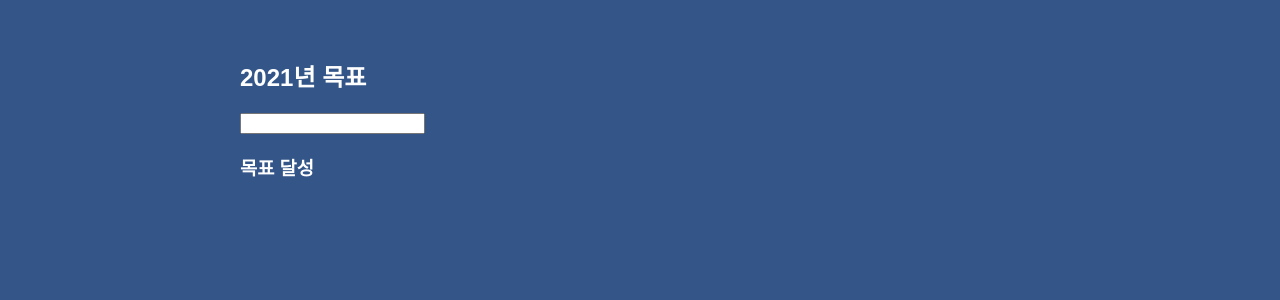
Repository: minsuk1/portfolio
Page: a.html
These files come from the project's save history. The page is drawn as it stood at one moment and after the next save; the edit follows.
The browser window is 1280 px wide. The pictures show the whole page.
Some web libraries are served in a nearby version.

Above is the page before, as saved 2021-01-02 13:57:39.

### a.html
<html>
    <head>
        <style>
            body { background: #358; color: #fff; padding: 50px; font-family: sans-serif; }
            a { color: #fff; font-size: 40px; }

            section {
                width: 800px;
                margin: 0px auto;
            }

            .task {
                width: 400px;
            }

            .strikeout {
                text-decoration: line-through;
            }
        </style>
        <script type="text/javascript" src="http://code.jquery.com/jquery-1.11.1.min.js"></script>
    </head>
    <body>

        <section>
            <h1>2021년 목표</h1>

            <form>
                <input type="text" id="task" />
            </form>

            <div id="tasks">
            </div>

            <div id="done">
                <h3>목표 달성</h3>

            </div>
        </section>

        <script>


            $('form').on('submit', function(e) {

                e.preventDefault();

                var newtask = $('#task').val();
                $(this).val("");
                var task_elem = $('<div>')
                    .append('<input type="checkbox">')
                    .addClass('task')
                    .append("<span><i class='fas fa-trash'></i></span>")
                    .append(newtask);
                $('#tasks').append(task_elem);


                $.ajax({
                    url: '/',
                    method: 'post',
                    dataType: 'json',
                    data: {
                        task: newtask,
                    },
                    success: function(response) {

                    },
                });

            });

            $('body').on('click', 'input[type="checkbox"]', function() {
                var task = $(this).parents('.task');

                if(task.hasClass('strikeout')) {
                    task.removeClass('strikeout');
                    task.appendTo($('#tasks'));
                } else {
                    //task.append("<button>삭제</button>")
                    task.addClass('strikeout')
                   // task.append("<button><i class='fas fa-trash'></i></button>")

                    task.appendTo($('#done'));

                }
            });

            $('div').on("click", "span", function(event) {
            event.stopPropagation();
            $(this).parent().fadeOut(500, function(){
            $(this).remove();
            });
            });

        </script>
        <script src="https://kit.fontawesome.com/0f77f25011.js"></script>
    </body>
</html>

After the next save:
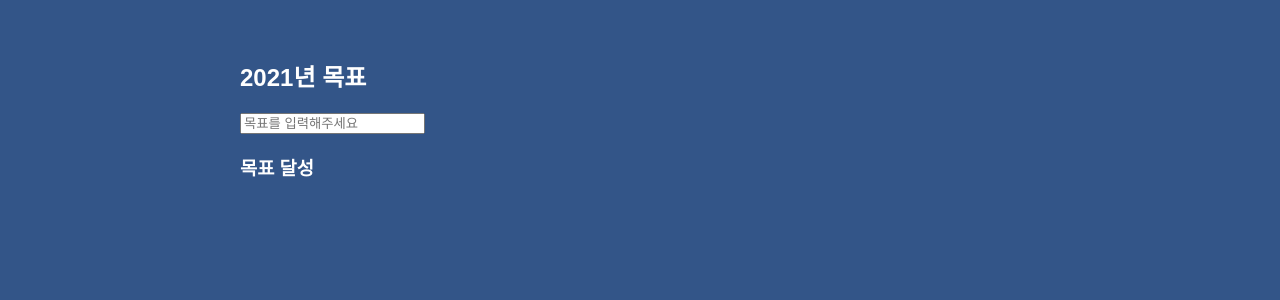
Saved 61 s later.
--- a/a.html
+++ b/a.html
@@ -25,7 +25,7 @@
             <h1>2021년 목표</h1>
 
             <form>
-                <input type="text" id="task" />
+                <input type="text" id="task" placeholder="목표를 입력해주세요"/>
             </form>
 
             <div id="tasks">
